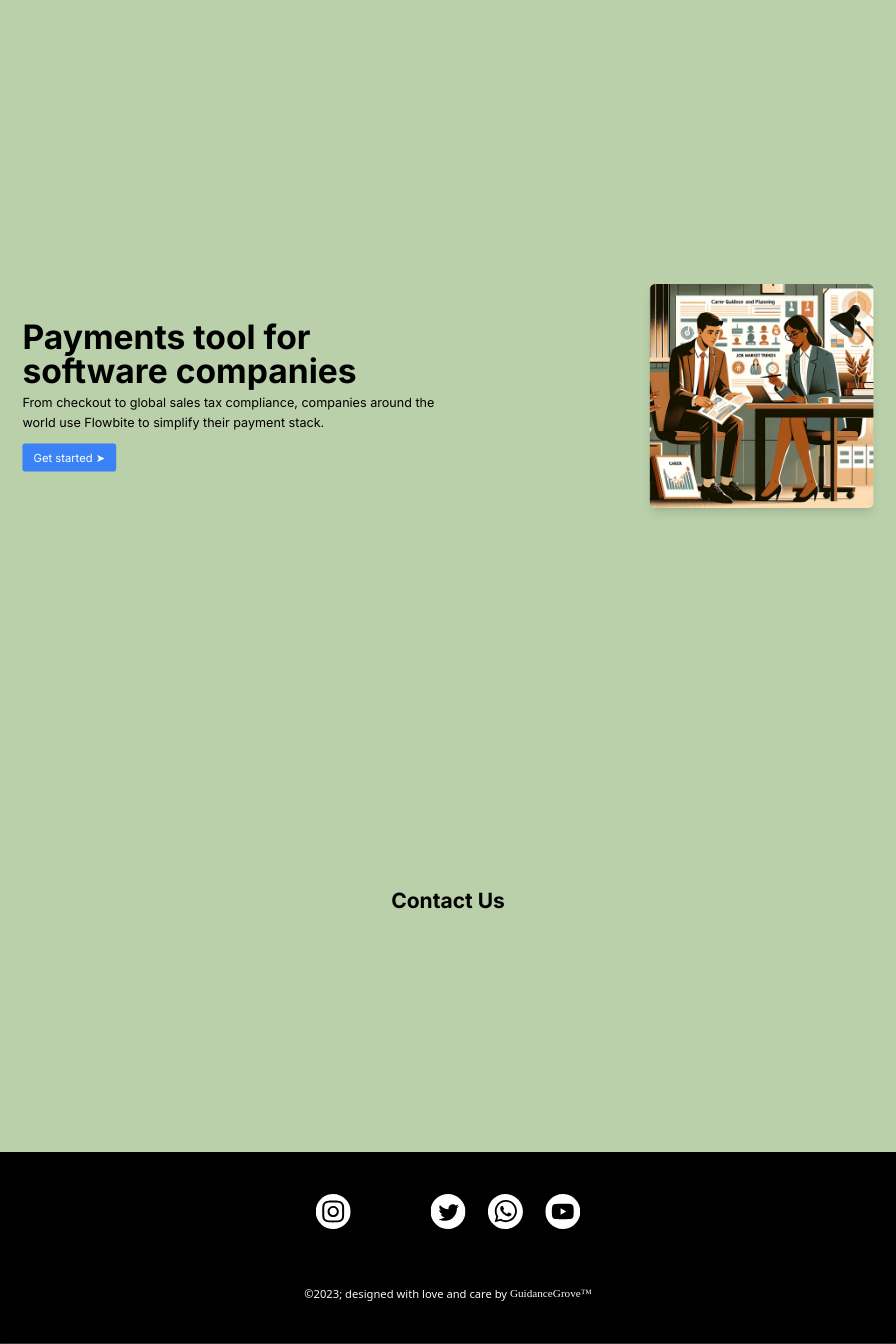
Repository: PositiveGuy/GuidanceGrove
Page: /
An editor plug-in stored every save of this project. The page is shown before and after the next save, followed by the edit.
The browser window is 1280 px wide. The pictures show the part of the page from y = 1954 to 3874 px (the page is 3874 px tall), at 70% of full size.
The project was rebuilt for these pictures with package versions that can differ from the ones it lists, and the page was loaded fresh each time. The framework's server and built-in components were replaced by stand-ins that run in the browser. Also part of the build but not shown: next.config.js.

Above is the page before, as saved 2023-12-28 11:45:09.

After the next save:
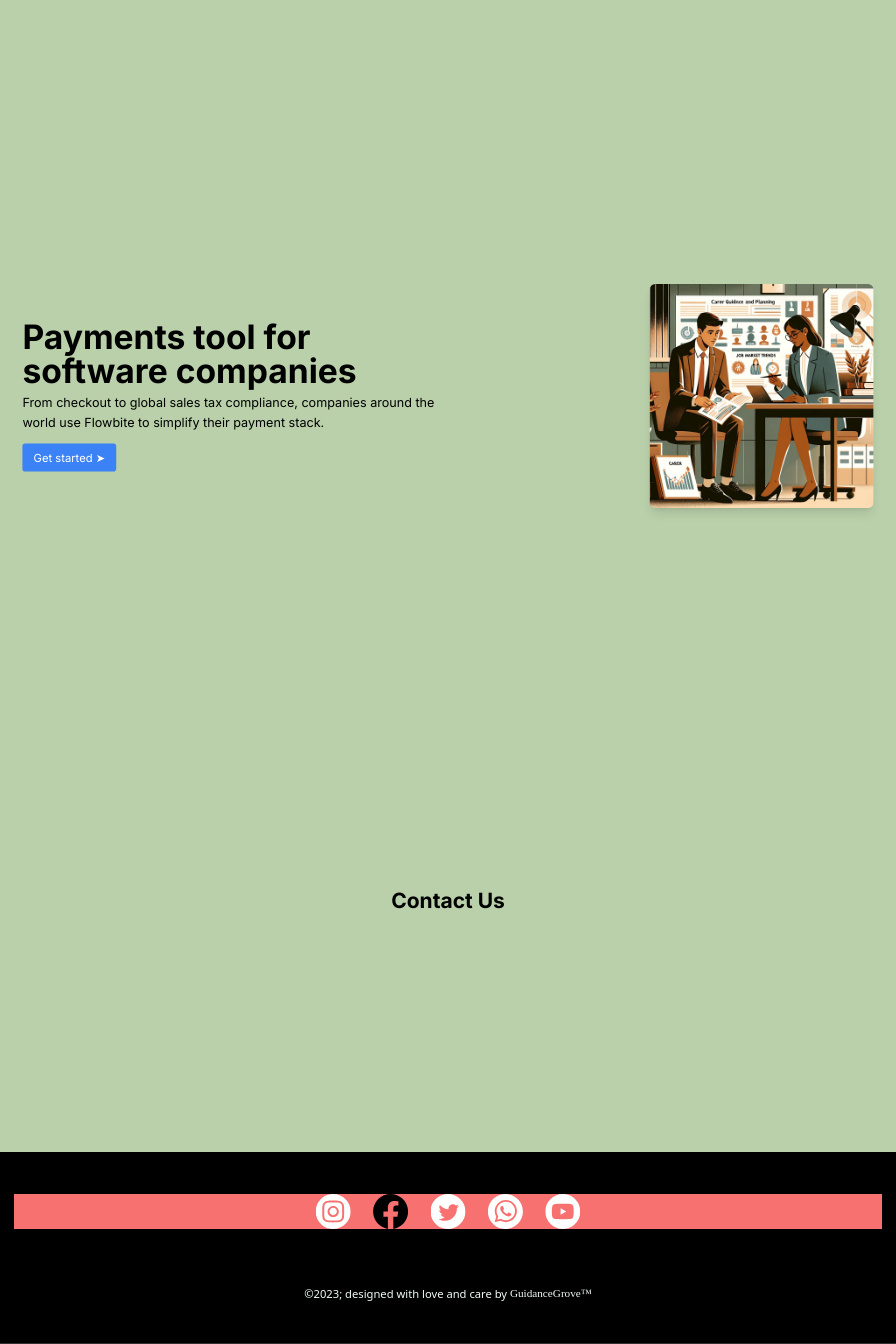
Saved 18 s later.
--- a/src/components/footer.tsx
+++ b/src/components/footer.tsx
@@ -7,7 +7,7 @@
   const { theme } = useContext(ThemeContext)
   return (
     <footer className={`p-5 bg-black shadow-inner text-center  `}>
-      <div className="flex justify-center space-x-8 mt-10 ">
+      <div className={`flex justify-center space-x-8 mt-10 ${theme === "light" ? "bg-red-400 text-yellow-200" : "bg-amber-300 text-red-600"}`}>
         {/* Placeholder for social icons */}
         <Image src={"/SVGs/ig.svg"} width={50} height={50} alt="ig"></Image>
         <Image src={"/SVGs/fb.svg"} width={50} height={50} alt="fb"></Image>

After the 2 saves that followed:
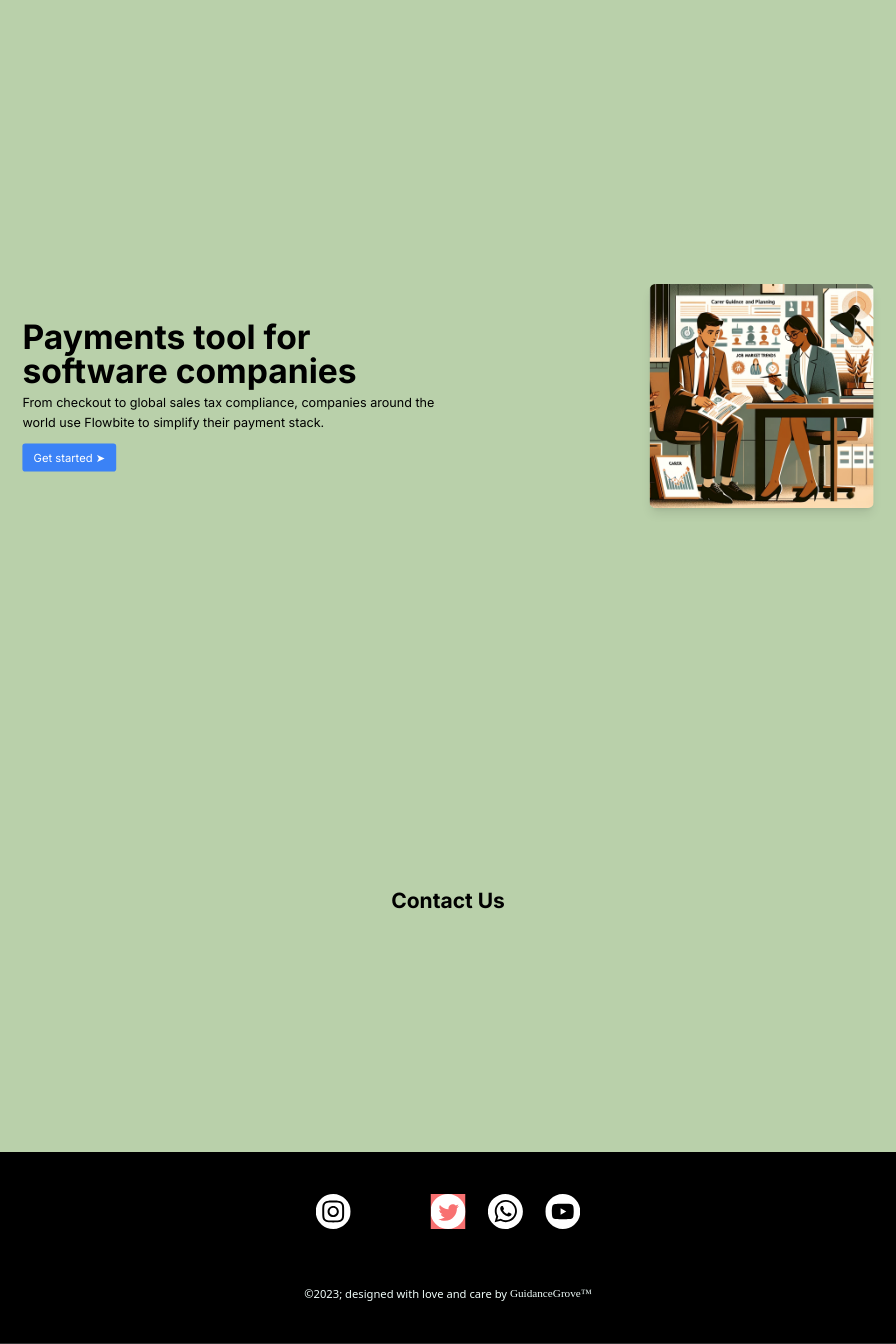
The 2 saves are shown as one change because 1 left the picture as it was.
The last was saved 3 min 54 s later.
--- a/src/components/footer.tsx
+++ b/src/components/footer.tsx
@@ -7,11 +7,11 @@
   const { theme } = useContext(ThemeContext)
   return (
     <footer className={`p-5 bg-black shadow-inner text-center  `}>
-      <div className={`flex justify-center space-x-8 mt-10 ${theme === "light" ? "bg-red-400 text-yellow-200" : "bg-amber-300 text-red-600"}`}>
+      <div className={`flex justify-center space-x-8 mt-10 `}>
         {/* Placeholder for social icons */}
         <Image src={"/SVGs/ig.svg"} width={50} height={50} alt="ig"></Image>
         <Image src={"/SVGs/fb.svg"} width={50} height={50} alt="fb"></Image>
-        <Image src={"/SVGs/tw.svg"} width={50} height={50} alt="tw"></Image>
+        <Image className={`${theme === "light" ? "bg-red-400 text-yellow-200" : "bg-amber-300 text-red-600"}`} src={"/SVGs/tw.svg"} width={50} height={50} alt="tw"></Image>
         <Image src={"/SVGs/wa.svg"} width={50} height={50} alt="wa"></Image>
         <Image src={"/SVGs/yt.svg"} width={50} height={50} alt="in"></Image>
       </div>
